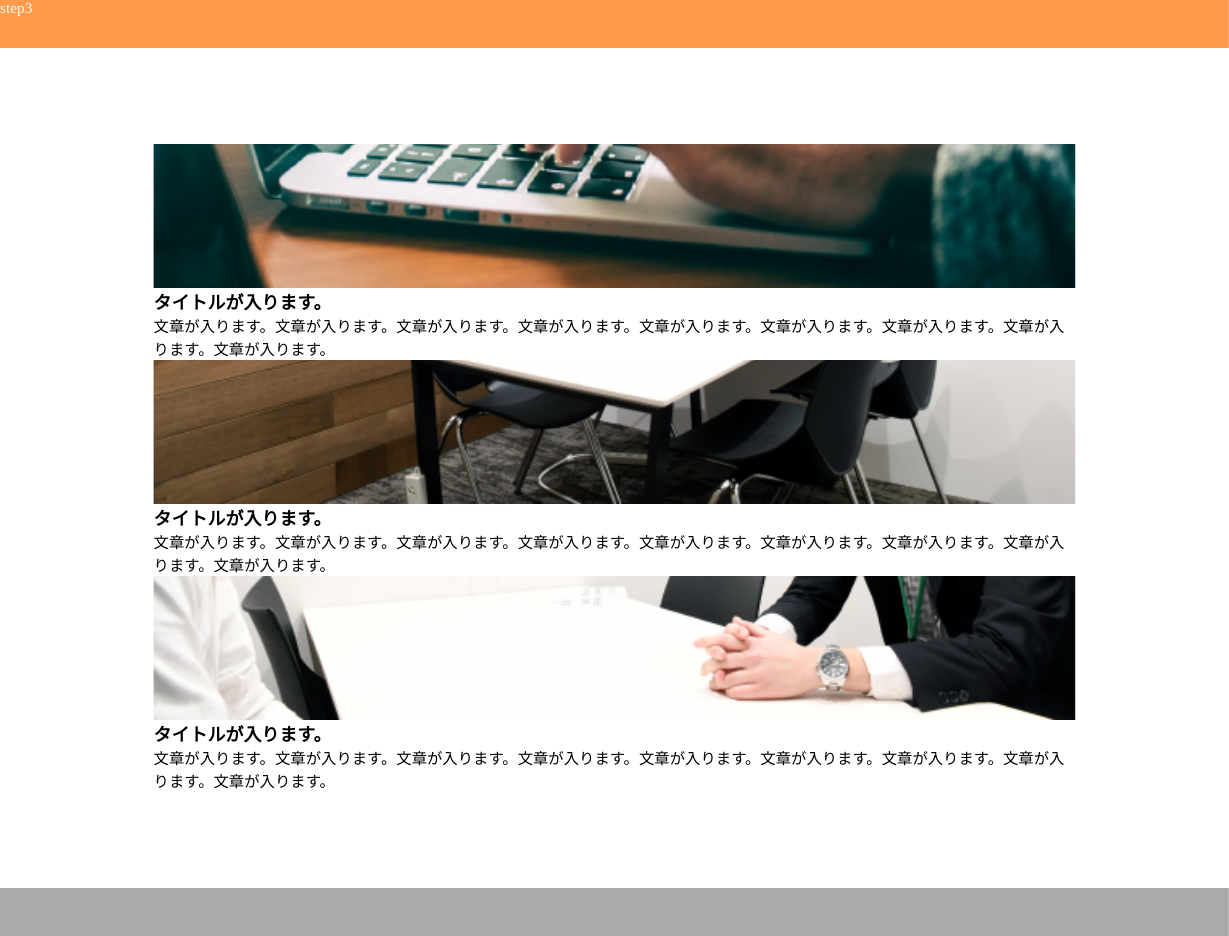
Repository: cyaomasa/java-
Page: chapter9/index9-2.html
The author's editor kept a record of every edit. The page is drawn from the files as they stood at one moment, then again after the next edit.
The browser window is 1280 px wide. The pictures show the whole page, at 96% of full size.
Some web libraries are served in a nearby version.

Above is the page before.

### chapter9/index9-2.html
<!DOCTYPE html>
<html lang="ja">
  <head>
    <meta charset="UTF-8" />
    <title>ennsyuuu9</title>
    <script src="https://kit.fontawesome.com/7dea513659.js" crossorigin="anonymous"></script>
    <link rel="stylesheet" href="style9-2.css" />
  </head>

  <body>
    <header></header>
    <main>
     <div class="blog">

      <div class="blog-item1">
        <div class="blog-image1">
          <span class="category">step</span>
        </div>
        <h3>タイトルが入ります。</h3>
        <P>文章が入ります。文章が入ります。文章が入ります。文章が入ります。文章が入ります。文章が入ります。文章が入ります。文章が入ります。文章が入ります。</P>
      </div>

      <div class="blog-item2">
        <div class="blog-image2">
          <span class="category">step2</span>
        </div>
        <h3>タイトルが入ります。</h3>
        <P>文章が入ります。文章が入ります。文章が入ります。文章が入ります。文章が入ります。文章が入ります。文章が入ります。文章が入ります。文章が入ります。</P>
      </div>

      <div class="blog-item3">
        <div class="blog-image3">
          <span class="category">step3</span>
        </div>
        <h3>タイトルが入ります。</h3>
        <P>文章が入ります。文章が入ります。文章が入ります。文章が入ります。文章が入ります。文章が入ります。文章が入ります。文章が入ります。文章が入ります。</P>
      </div>

     </div>
    </main>


    <footer></footer>
  </body>

### chapter9/style9-2.css
* {
  margin: 0;
  padding: 0;
  box-sizing: border-box;
}
header {
  height: 50px;
  background-color: #FF9A4B;
}

main {
  padding: 50px 0;
  width: 960px;
  display: flex;
  justify-content: center;
  margin: 50px auto;
}

.blog-item {
width: 300px;
padding: 10px;
margin-right: 30px;
background-color: #EEEEEE;
position: relative;
}

.blog-item:last-child {
  margin-right: 0;
}

.category {
  position: absolute;
  top: 0;
  left: 0;
  background-color: #FF9A4B;
  color: #FFFFFF;
}

.blog-image1 {
  background-image: url(img/flow01.png);
  height: 150px;
  background-position: bottom;
  background-size: cover;
}

.blog-image2 {
  background-image: url(img/flow02.png);
  height: 150px;
  background-position: bottom;
  background-size: cover;
}

.blog-image3 {
  background-image: url(img/flow03.png);
  height: 150px;
  background-position: bottom;
  background-size: cover;
}
.title {
  margin: 15px 0 5px;
}

footer {
  height: 50px;
  background-color: #AAAAAA;
}

@media screen and (max-width: 768px) {

header {
  width: 100%;
}

main {
  width: 100%;
  display: block;

}
}

After the next edit:
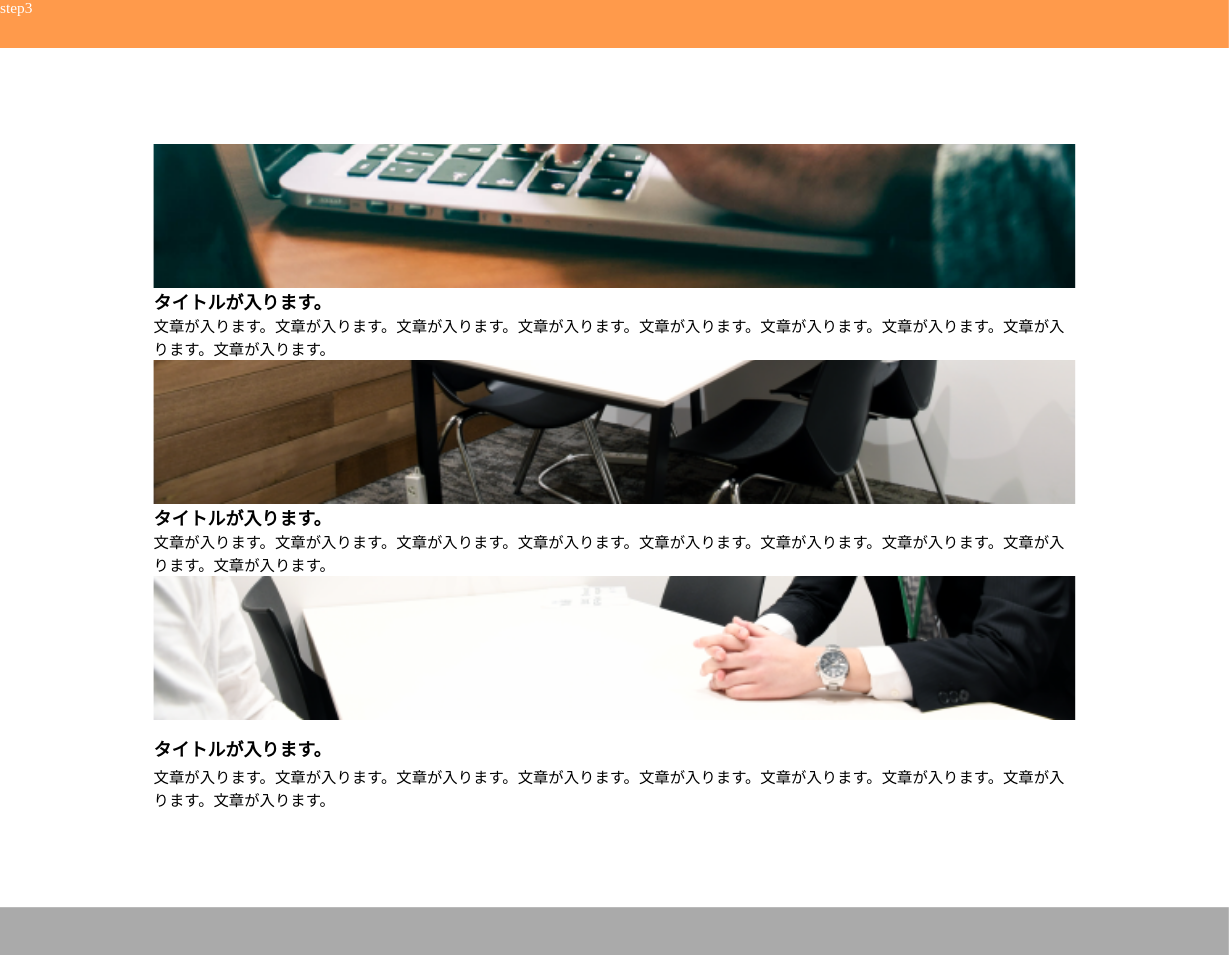
The edit:
--- a/chapter9/index9-2.html
+++ b/chapter9/index9-2.html
@@ -32,7 +32,7 @@
         <div class="blog-image3">
           <span class="category">step3</span>
         </div>
-        <h3>タイトルが入ります。</h3>
+        <h3 class="title">タイトルが入ります。</h3>
         <P>文章が入ります。文章が入ります。文章が入ります。文章が入ります。文章が入ります。文章が入ります。文章が入ります。文章が入ります。文章が入ります。</P>
       </div>
 
